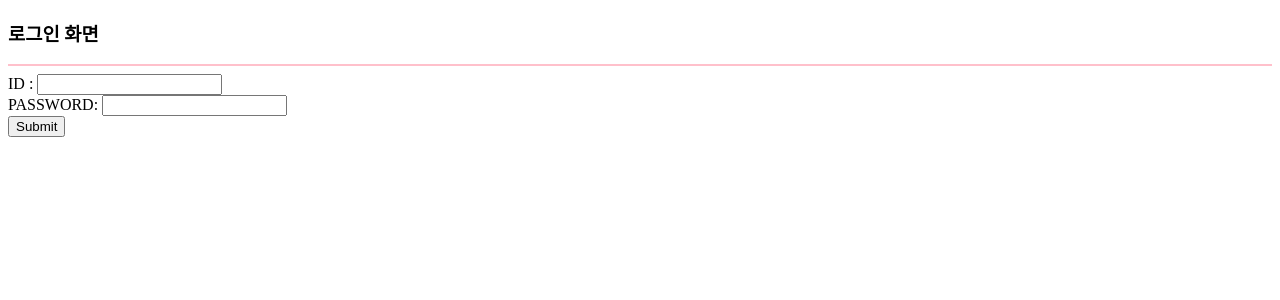
Repository: ujin2021/jsp_study
Page: jsp01/WebContent/login.html
An editor plug-in stored every save of this project. The page is shown before and after the next save, followed by the edit.
The browser window is 1280 px wide. The pictures show the whole page.

Above is the page before, as saved 2020-01-11 09:37:52.

### jsp01/WebContent/login.html
<!DOCTYPE html>
<html>
<head>
<meta charset="EUC-KR">
<title>Insert title here</title>
</head>
<body>
<h3>로그인 화면</h3>
<hr color="pink">
ID : <input type="text" name="id"><br>
PASSWORD: <input type="text" name="pw"><br>
<input type="submit">
</body>
</html>

After the next save:
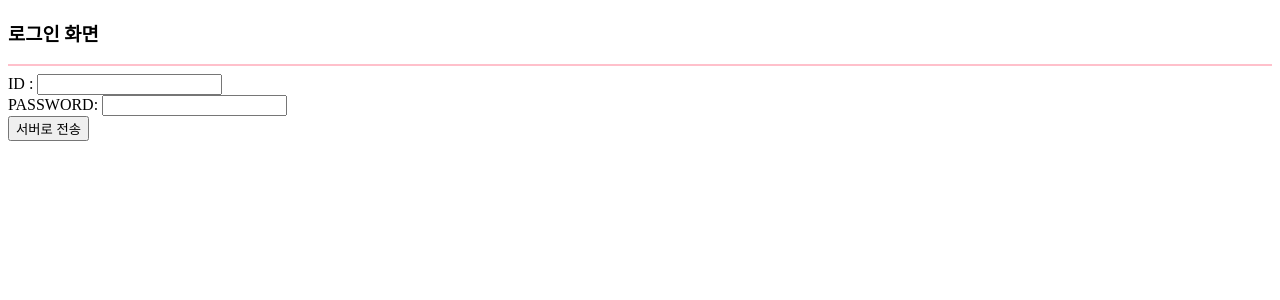
Saved 2 min 40 s later.
--- a/jsp01/WebContent/login.html
+++ b/jsp01/WebContent/login.html
@@ -7,8 +7,11 @@
 <body>
 <h3>로그인 화면</h3>
 <hr color="pink">
-ID : <input type="text" name="id"><br>
-PASSWORD: <input type="text" name="pw"><br>
-<input type="submit">
+<!-- form 안에 있는거 다 보내준다 -->
+<form action="check.jsp">
+	ID : <input type="text" name="id"><br>
+	PASSWORD: <input type="text" name="pw"><br>
+	<input type="submit" value="서버로 전송">
+</form>
 </body>
 </html>
